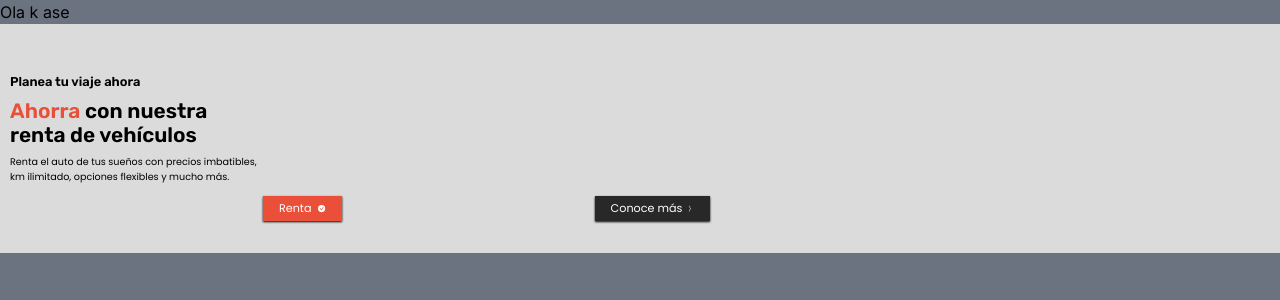
Repository: aldovelacasas/PF_RentCar2
Page: /homePage
The author's editor kept a copy of each file at every save. The page is drawn from the files as they stood at one save, then again after the next save.
The browser window is 1280 px wide. The pictures show the whole page.
The project was rebuilt for these pictures with package versions that can differ from the ones it lists, and the page was loaded fresh each time. The framework's server and built-in components were replaced by stand-ins that run in the browser. Also part of the build but not shown: next.config.js.

Above is the page before, as saved 2023-08-29 19:39:26.

### src/app/layout.jsx
import "./globals.css";
import { Inter } from "next/font/google";

const inter = Inter({ subsets: ["latin"] });

export const metadata = {
  title: "Create Next App",
  description: "Generated by create next app",
};

export default function RootLayout({ children }) {
  return (
    <html lang="en">
      <body className={inter.className}>
        <h1>Ola k ase</h1>
        <div className="h-[calc(100vh-5rem)]">{children}</div>
      </body>
    </html>
  );
}

### src/app/homePage/page.jsx
import { Rubik, Poppins } from "next/font/google";
import { BsChevronCompactRight, BsCheckCircleFill } from "react-icons/bs";

const fontRubik = Rubik({
  weight: "600",
  subsets: ["latin"],
});

const fontPoppins = Poppins({
  weight: "400",
  subsets: ["latin"],
});
const poppins = fontPoppins.className;
const rubik = fontRubik.className;

function HomePage() {
  return (
    <header className={`bg-gris_fondo ${rubik} space-y-0 space-x-2.5`}>
      <p className={`pt-12 ml-2.5 text-[0.8em] mb-2`}>Planea tu viaje ahora</p>
      <p className="text-[1.3em]  leading-6">
        <span className="text-naranja_enf">Ahorra </span>
        con nuestra
      </p>
      <p className="text-[1.3em] leading-6">renta de vehículos</p>
      <div>
        <p className={`${poppins} text-[0.6em] mt-2`}>
          Renta el auto de tus sueños con precios imbatibles,
        </p>
        <p className={`${poppins} text-[0.6em]`}>
          km ilimitado, opciones flexibles y mucho más.
        </p>
        <div className="flex place-content-evenly w-3/4 mt-3 pb-8">
          <button
            href="#form"
            className={`bg-naranja_enf text-white text-[0.7em] px-4 py-1 ${poppins} shadow-sm shadow-black hover:shadow-md hover:shadow-black active:shadow-inner active:shadow-black`}>
            Renta <BsCheckCircleFill className="inline pl-1" />
          </button>
          <button
            href="#form"
            className={`bg-negro_fondo text-white text-[0.7em] px-4 py-1 ${poppins} shadow-sm shadow-black hover:shadow-md hover:shadow-black active:shadow-inner active:shadow-black`}>
            Conoce más
            <BsChevronCompactRight className="inline pl-1 stroke-slate-100 pr-0 mr-0" />
          </button>
        </div>
      </div>
    </header>
  );
}

export default HomePage;

### src/app/globals.css
@tailwind base;
@tailwind components;
@tailwind utilities;

body {
   @apply bg-gray-500; /* Fondo más claro */
   color: gray-800; /* Texto oscuro */
}

### tailwind.config.js
/** @type {import('tailwindcss').Config} */
module.exports = {
  content: [
    "./src/pages/**/*.{js,ts,jsx,tsx,mdx}",
    "./src/components/**/*.{js,ts,jsx,tsx,mdx}",
    "./src/app/**/*.{js,ts,jsx,tsx,mdx}",
  ],
  theme: {
    extend: {
      backgroundImage: {
        "gradient-radial": "radial-gradient(var(--tw-gradient-stops))",
        "gradient-conic":
          "conic-gradient(from 180deg at 50% 50%, var(--tw-gradient-stops))",
      },
      colors: {
        gris_fondo: "#dbdbdb",
        gris_frente: "#e9e9e9",
        negro_fondo: "#282828",
        naranja_enf: "#ea4f39",
        rojo_status: "#e30613",
        verde_status: "#4aaf4d",
        amarillo_status: "#f0e400",
      },
    },
  },
  plugins: [],
};

After the next save:
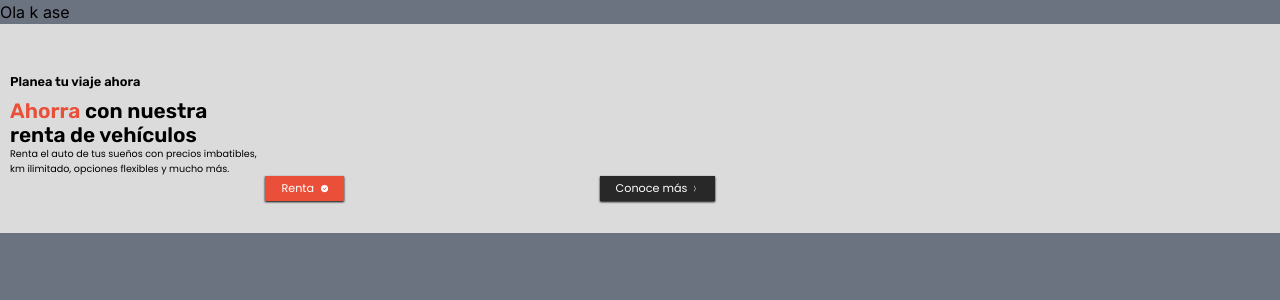
Saved 87 s later.
--- a/src/app/homePage/page.jsx
+++ b/src/app/homePage/page.jsx
@@ -22,26 +22,24 @@ function HomePage() {
         con nuestra
       </p>
       <p className="text-[1.3em] leading-6">renta de vehículos</p>
-      <div>
-        <p className={`${poppins} text-[0.6em] mt-2`}>
-          Renta el auto de tus sueños con precios imbatibles,
-        </p>
-        <p className={`${poppins} text-[0.6em]`}>
-          km ilimitado, opciones flexibles y mucho más.
-        </p>
-        <div className="flex place-content-evenly w-3/4 mt-3 pb-8">
-          <button
-            href="#form"
-            className={`bg-naranja_enf text-white text-[0.7em] px-4 py-1 ${poppins} shadow-sm shadow-black hover:shadow-md hover:shadow-black active:shadow-inner active:shadow-black`}>
-            Renta <BsCheckCircleFill className="inline pl-1" />
-          </button>
-          <button
-            href="#form"
-            className={`bg-negro_fondo text-white text-[0.7em] px-4 py-1 ${poppins} shadow-sm shadow-black hover:shadow-md hover:shadow-black active:shadow-inner active:shadow-black`}>
-            Conoce más
-            <BsChevronCompactRight className="inline pl-1 stroke-slate-100 pr-0 mr-0" />
-          </button>
-        </div>
+      <p className={`${poppins} text-[0.6em] mt-2`}>
+        Renta el auto de tus sueños con precios imbatibles,
+      </p>
+      <p className={`${poppins} text-[0.6em]`}>
+        km ilimitado, opciones flexibles y mucho más.
+      </p>
+      <div className="flex place-content-evenly w-3/4 mt-3 pb-8">
+        <button
+          href="#form"
+          className={`bg-naranja_enf text-white text-[0.7em] px-4 py-1 ${poppins} shadow-sm shadow-black hover:shadow-md hover:shadow-black active:shadow-inner active:shadow-black`}>
+          Renta <BsCheckCircleFill className="inline pl-1" />
+        </button>
+        <button
+          href="#form"
+          className={`bg-negro_fondo text-white text-[0.7em] px-4 py-1 ${poppins} shadow-sm shadow-black hover:shadow-md hover:shadow-black active:shadow-inner active:shadow-black`}>
+          Conoce más
+          <BsChevronCompactRight className="inline pl-1 stroke-slate-100 pr-0 mr-0" />
+        </button>
       </div>
     </header>
   );
